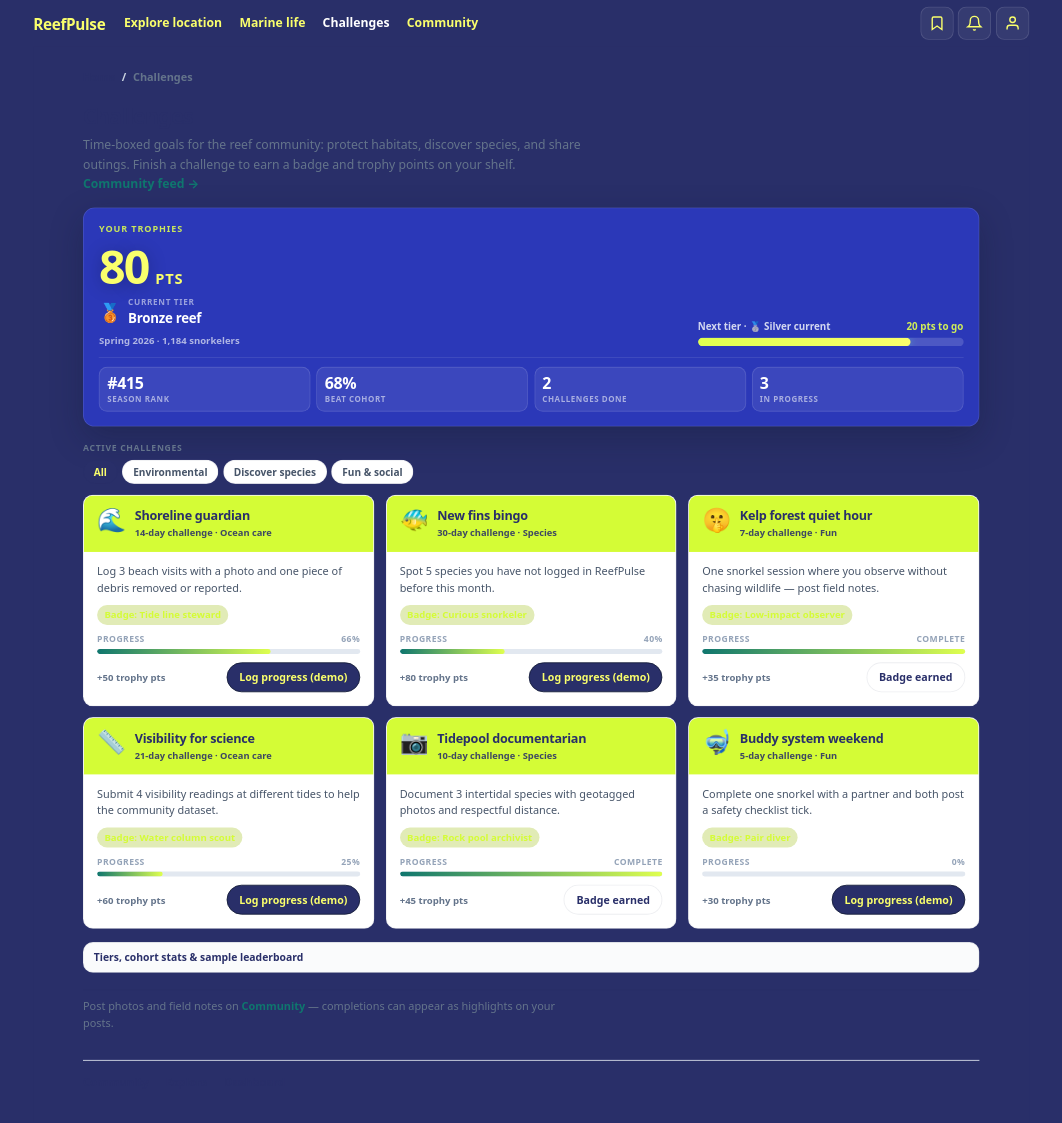
Repository: AayushSalvi/ReefPulse
Page: /challenges (app in frontend/)
An editor plug-in stored every save of this project. The page is shown before and after the next save, followed by the edit.
The browser window is 1280 px wide. The pictures show the whole page, at 83% of full size.
The project was rebuilt for these pictures with package versions that can differ from the ones it lists, and the page was loaded fresh each time. Also part of the build but not shown: frontend/vite.config.js, frontend/src/utils/geo.js, frontend/src/data/mockData.js, frontend/src/features/community/community.css, frontend/src/features/community/CommunityPage.jsx, frontend/src/features/explore/ExploreForecastRedirect.jsx, frontend/src/features/explore/ExploreMapsApiContext.jsx, frontend/src/features/explore/ExploreGoogleMapPanel.jsx and 20 more.

Above is the page before, as saved 2026-04-18 23:06:57.

### frontend/src/index.html
<!doctype html>
<html lang="en">
  <head>
    <meta charset="UTF-8" />
    <meta name="viewport" content="width=device-width, initial-scale=1.0" />
    <title>ReefPulse</title>
  </head>
  <body>
    <div id="root"></div>
    <script type="module" src="/main.jsx"></script>
  </body>
</html>

### frontend/src/main.jsx
/** App entry: React root + BrowserRouter (declarative router — not a data router). */
import React from "react";
import ReactDOM from "react-dom/client";
import { BrowserRouter } from "react-router-dom";
import App from "./App";
import "./styles/global.css";

ReactDOM.createRoot(document.getElementById("root")).render(
  <React.StrictMode>
    <BrowserRouter>
      <App />
    </BrowserRouter>
  </React.StrictMode>
);

### frontend/src/App.jsx
/**
 * ReefPulse — application routes
 *
 * Folder map (see `src/features/`):
 *   features/home/          → `/` marketing / home dashboard
 *   features/dashboard/     → `/dashboard` personalized “closest beach” view
 *   features/explore/       → `/explore`, `/explore/:locationId` location workspace + tabs
 *   features/marine-life/     → `/marine-life` species-first discovery
 *   features/community/     → `/community` posts & feed
 *   features/challenges/    → `/challenges` goals, badges, trophies
 *   features/saved/         → `/saved` alerts & saved places
 *   features/legacy/        → `/location/:id` redirects to Explore
 *   features/standalone/    → NOT routed here; optional admin / forecast UIs for future routes
 *
 * Shell: `layout/AppLayout.jsx` wraps all routes below except none (all under AppLayout).
 */
import { Navigate, Route, Routes } from "react-router-dom";
import AppLayout from "./layout/AppLayout";
import ChallengesPage from "./features/challenges/ChallengesPage";
import CommunityPage from "./features/community/CommunityPage";
import ExploreForecastRedirect from "./features/explore/ExploreForecastRedirect";
import ExploreIndexPage from "./features/explore/ExploreIndexPage";
import ExploreLayout from "./features/explore/ExploreLayout";
import ExploreLocationPage from "./features/explore/ExploreLocationPage";
import { ExploreMapsApiProvider } from "./features/explore/ExploreMapsApiContext";
import HomeDashboardPage from "./features/home/HomeDashboardPage";
import LegacyLocationRedirect from "./features/legacy/LegacyLocationRedirect";
import MarineLifeDiscoveryPage from "./features/marine-life/MarineLifeDiscoveryPage";
import SavedPlacesPage from "./features/saved/SavedPlacesPage";
import UserDashboardPage from "./features/dashboard/UserDashboardPage";

function App() {
  return (
    <Routes>
      <Route element={<AppLayout />}>
        {/* —— Public / marketing home —— */}
        <Route path="/" element={<HomeDashboardPage />} />

        {/* —— Explore: nested layout (sidebar + outlet) —— */}
        <Route path="/explore" element={<ExploreLayout />}>
          <Route index element={<ExploreIndexPage />} />
          <Route path=":locationId" element={<ExploreLocationPage />} />
          <Route path=":locationId/forecast" element={<ExploreForecastRedirect />} />
        </Route>

        {/* —— Other top-level app pages —— */}
        <Route
          path="/marine-life"
          element={
            <ExploreMapsApiProvider>
              <MarineLifeDiscoveryPage />
            </ExploreMapsApiProvider>
          }
        />
        <Route path="/dashboard" element={<UserDashboardPage />} />
        <Route path="/community" element={<CommunityPage />} />
        <Route path="/challenges" element={<ChallengesPage />} />
        <Route path="/saved" element={<SavedPlacesPage />} />

        {/* —— Back-compat deep links —— */}
        <Route path="/location/:locationId" element={<LegacyLocationRedirect />} />

        <Route path="*" element={<Navigate to="/" replace />} />
      </Route>
    </Routes>
  );
}

export default App;

### frontend/src/styles/global.css
/*
 * ReefPulse — global styles (loaded once from main.jsx).
 * Page-specific styles live next to each feature under src/features/<name>/*.css
 */
:root {
  --rp-navy: #292f69;
  --rp-navy-deep: #121a36;
  --rp-lime: #faff6c;
  --rp-lime-soft: #e8ff7a;
  --rp-surface: #292f69;
  --rp-white: #ffffff;
  --rp-muted: #8b9bb8;
  font-family:
    Manrope,
    system-ui,
    -apple-system,
    Segoe UI,
    Manrope,
    sans-serif;
  color: #152238;
  background: var(--rp-surface);
}

* {
  box-sizing: border-box;
}

body {
  margin: 0;
}

.app-shell {
  min-height: 100vh;
  display: flex;
  flex-direction: column;
}

/* —— Global top navigation (single row: brand | links | icon tools) —— */
.top-nav {
  position: sticky;
  top: 0;
  z-index: 200;
  display: flex;
  flex-direction: row;
  flex-wrap: nowrap;
  align-items: center;
  gap: 0.5rem 1.25rem;
  padding: 0.5rem clamp(1rem, 4vw, 2.5rem);
  background: var(--rp-navy);
}

.top-nav-brand {
  font-size: 1.15rem;
  font-weight: 800;
  letter-spacing: -0.02em;
  color: var(--rp-lime);
  text-decoration: none;
  flex-shrink: 0;
}

.top-nav-brand:hover {
  color: var(--rp-lime-soft);
}

.top-nav-tools {
  display: flex;
  align-items: center;
  flex-shrink: 0;
  gap: 0.35rem;
  margin-left: auto;
}

.top-nav-icon {
  display: inline-flex;
  align-items: center;
  justify-content: center;
  width: 2.5rem;
  height: 2.5rem;
  border-radius: 10px;
  color: #faff6c;
  text-decoration: none;
  border: 1px solid rgba(255, 255, 255, 0.12);
  background: rgba(255, 255, 255, 0.06);
}

.top-nav-icon:hover {
  border-color: rgba(223, 255, 79, 0.45);
  color: #fff;
}

.top-nav-icon.is-active {
  color: var(--rp-lime);
  border-color: rgba(223, 255, 79, 0.55);
  background: rgba(223, 255, 79, 0.08);
}

.top-nav-links {
  display: flex;
  flex-wrap: nowrap;
  align-items: center;
  gap: 0.25rem 1rem;
  flex: 1;
  min-width: 0;
  overflow-x: auto;
  scrollbar-width: thin;
  padding-bottom: 0.1rem;
  -webkit-overflow-scrolling: touch;
}

.top-nav-link {
  font-size: 0.92rem;
  font-weight: 600;
  color: #faff6c;
  text-decoration: none;
  padding: 0.35rem 0.15rem;
  white-space: nowrap;
  flex-shrink: 0;
}

.top-nav-link:hover {
  color: var(--rp-white);
}

.top-nav-link.is-active {
  color: var(--rp-white);
  border-bottom-color: var(--rp-lime);
}

.page-content {
  flex: 1;
}

.page-content--bleed {
  max-width: none;
  margin: 0;
  padding: 0;
}

.page-content--app {
  max-width: 1200px;
  margin: 0 auto;
  width: 100%;
  padding: clamp(1rem, 3vw, 1.75rem) clamp(1rem, 4vw, 2rem) 2.5rem;
  background: var(--rp-surface);
}

.visually-hidden {
  position: absolute;
  width: 1px;
  height: 1px;
  padding: 0;
  margin: -1px;
  overflow: hidden;
  clip: rect(0, 0, 0, 0);
  white-space: nowrap;
  border: 0;
}

/* Shared inner-page chrome */
.rp-breadcrumb {
  display: flex;
  flex-wrap: wrap;
  align-items: center;
  gap: 0.35rem 0.5rem;
  margin-bottom: 1.25rem;
  font-size: 0.82rem;
  font-weight: 600;
  color: #64748b;
}

.rp-breadcrumb a {
  color: var(--rp-navy);
  text-decoration: none;
}

.rp-breadcrumb a:hover {
  text-decoration: underline;
  text-underline-offset: 2px;
}

.rp-breadcrumb-sep {
  color: #cbd5e1;
  user-select: none;
}

.rp-page-title {
  margin: 0 0 1.25rem;
  padding: 1rem 1.25rem;
  background: linear-gradient(135deg, var(--rp-navy) 0%, #2a3766 100%);
  color: var(--rp-white);
}

.rp-page-title h1 {
  margin: 0 0 0.35rem;
  font-size: clamp(1.25rem, 3vw, 1.6rem);
  font-weight: 800;
  letter-spacing: -0.02em;
  color: var(--rp-lime);
}

.rp-page-title p {
  margin: 0;
  font-size: 0.9rem;
  line-height: 1.45;
  color: rgba(255, 255, 255, 0.88);
  font-weight: 500;
}

.lead {
  color: #37506c;
}

.grid {
  display: grid;
  gap: 1rem;
}

.two-col {
  grid-template-columns: repeat(auto-fit, minmax(280px, 1fr));
}

.panel {
  background: #fff;
  border: 1px solid #dce8f5;
  border-radius: 12px;
  padding: 1rem;
}

### frontend/src/layout/AppLayout.jsx
/**
 * ReefPulse — application shell (persistent chrome)
 *
 * Single-row header: brand → main nav → icon shortcuts (Saved, Alerts, Dashboard).
 * `/saved` via bookmark and bell; `/dashboard` via the user icon on the right.
 */
import { NavLink, Outlet, useLocation } from "react-router-dom";

/** Main nav items (beach-first IA). */
const navItems = [
  { to: "/explore", label: "Explore location", end: false },
  { to: "/marine-life", label: "Marine life", end: true },
  { to: "/challenges", label: "Challenges", end: true },
  { to: "/community", label: "Community", end: true }
];

function IconBookmark() {
  return (
    <svg width="20" height="20" viewBox="0 0 24 24" fill="none" stroke="currentColor" strokeWidth="2" aria-hidden>
      <path d="M19 21l-7-5-7 5V5a2 2 0 0 1 2-2h10a2 2 0 0 1 2 2z" />
    </svg>
  );
}

function IconBell() {
  return (
    <svg width="20" height="20" viewBox="0 0 24 24" fill="none" stroke="currentColor" strokeWidth="2" aria-hidden>
      <path d="M18 8A6 6 0 0 0 6 8c0 7-3 9-3 9h18s-3-2-3-9" />
      <path d="M13.73 21a2 2 0 0 1-3.46 0" />
    </svg>
  );
}

function IconUser() {
  return (
    <svg width="20" height="20" viewBox="0 0 24 24" fill="none" stroke="currentColor" strokeWidth="2" aria-hidden>
      <path d="M20 21v-2a4 4 0 0 0-4-4H8a4 4 0 0 0-4 4v2" />
      <circle cx="12" cy="7" r="4" />
    </svg>
  );
}

function AppLayout() {
  const { pathname } = useLocation();
  const isHome = pathname === "/";
  const fullBleed = isHome;

  return (
    <div className="app-shell">
      <header className="top-nav">
        <NavLink to="/" className="top-nav-brand" end>
          ReefPulse
        </NavLink>

        <nav className="top-nav-links" aria-label="Main">
          {navItems.map((item) => (
            <NavLink
              key={item.to}
              to={item.to}
              end={item.end}
              className={({ isActive }) => `top-nav-link ${isActive ? "is-active" : ""}`}
            >
              {item.label}
            </NavLink>
          ))}
        </nav>

        <div className="top-nav-tools">
          <NavLink
            to="/saved"
            className={({ isActive }) => `top-nav-icon ${isActive ? "is-active" : ""}`}
            title="Saved places"
            aria-label="Saved places"
          >
            <IconBookmark />
            <span className="visually-hidden">Saved places</span>
          </NavLink>
          <NavLink
            to="/saved#coastal-alerts"
            className={({ isActive }) => `top-nav-icon ${isActive ? "is-active" : ""}`}
            title="Alerts"
            aria-label="Alerts"
          >
            <IconBell />
            <span className="visually-hidden">Alerts</span>
          </NavLink>
          <NavLink
            to="/dashboard"
            className={({ isActive }) => `top-nav-icon ${isActive ? "is-active" : ""}`}
            title="Dashboard"
            aria-label="Dashboard"
            end
          >
            <IconUser />
            <span className="visually-hidden">Dashboard</span>
          </NavLink>
        </div>
      </header>

      <main className={fullBleed ? "page-content page-content--bleed" : "page-content page-content--app"}>
        <div key={pathname} className="rp-route-outlet">
          <Outlet />
        </div>
      </main>
    </div>
  );
}

export default AppLayout;

### frontend/src/features/challenges/challenges.css
/* ReefPulse — Challenges (goal cards + trophy shelf) */

.challenges-page {
  --ch-radius: 12px;
  --ch-border: rgba(27, 37, 75, 0.08);
  --ch-muted: #64748b;
  max-width: 1080px;
}

.challenges-breadcrumb {
  margin-bottom: 0.35rem;
}

.challenges-hero {
  margin-bottom: 1rem;
}

.challenges-hero h1 {
  margin: 0 0 0.4rem;
  font-size: clamp(1.35rem, 2.5vw, 1.6rem);
  font-weight: 800;
  letter-spacing: -0.03em;
  color: var(--rp-navy, #1b254b);
}

.challenges-hero__lead {
  margin: 0;
  max-width: 38rem;
  font-size: 0.92rem;
  line-height: 1.6;
  color: var(--ch-muted);
  font-weight: 500;
}

.challenges-hero__link {
  font-weight: 700;
  color: #0f766e;
  text-decoration: none;
  white-space: nowrap;
}

.challenges-hero__link:hover {
  text-decoration: underline;
}

/* —— Trophy spotlight (above challenge grid) —— */
.ch-trophy-banner {
  margin-bottom: 1.15rem;
  padding: 1rem 1.15rem 1.05rem;
  border-radius: calc(var(--ch-radius) + 2px);
  border: 1px solid rgba(255, 255, 255, 0.12);
  background: #2b38b8;
  color: #f1f5f9;
  box-shadow: 0 14px 40px rgba(15, 23, 42, 0.28);
}

.ch-trophy-banner__kicker {
  margin: 0 0 0.65rem;
  font-size: 0.68rem;
  font-weight: 800;
  letter-spacing: 0.1em;
  text-transform: uppercase;
  color: rgba(223, 255, 79, 0.88);
}

.ch-trophy-banner__grid {
  display: grid;
  gap: 1rem 1.25rem;
  align-items: end;
}

@media (min-width: 720px) {
  .ch-trophy-banner__grid {
    grid-template-columns: minmax(0, 1fr) minmax(200px, 320px);
    align-items: end;
  }
}

.ch-trophy-banner__primary {
  min-width: 0;
}

.ch-trophy-banner__score {
  margin: 0;
  display: flex;
  flex-wrap: wrap;
  align-items: baseline;
  gap: 0.35rem 0.5rem;
}

.ch-trophy-banner__num {
  font-size: clamp(2.5rem, 6.5vw, 3.5rem);
  font-weight: 800;
  letter-spacing: -0.04em;
  line-height: 1;
  color: #faff6c;
  text-shadow: 0 2px 20px rgba(0, 0, 0, 0.25);
}

.ch-trophy-banner__unit {
  font-size: 1.1rem;
  font-weight: 800;
  letter-spacing: 0.06em;
  text-transform: uppercase;
  color: #faff6c;
}

.ch-trophy-banner__tier {
  margin: 0.55rem 0 0;
  display: flex;
  align-items: center;
  gap: 0.5rem;
}

.ch-trophy-banner__tier-emoji {
  font-size: 1.35rem;
  line-height: 1;
}

.ch-trophy-banner__tier-text {
  display: flex;
  flex-direction: column;
  gap: 0.08rem;
  min-width: 0;
}

.ch-trophy-banner__tier-label {
  font-size: 0.62rem;
  font-weight: 800;
  letter-spacing: 0.08em;
  text-transform: uppercase;
  color: rgba(248, 250, 252, 0.55);
}

.ch-trophy-banner__tier-name {
  font-size: 1rem;
  font-weight: 800;
  color: #fff;
  letter-spacing: -0.02em;
}

.ch-trophy-banner__season {
  margin: 0.45rem 0 0;
  font-size: 0.72rem;
  font-weight: 600;
  color: rgba(248, 250, 252, 0.65);
}

.ch-trophy-banner__aside {
  min-width: 0;
}

.ch-trophy-banner__next-label {
  margin: 0 0 0.4rem;
  display: flex;
  flex-wrap: wrap;
  justify-content: space-between;
  gap: 0.35rem 0.75rem;
  font-size: 0.74rem;
  font-weight: 700;
  color: rgba(248, 250, 252, 0.82);
}

.ch-trophy-banner__next-gap {
  color: rgba(223, 255, 79, 0.92);
  font-variant-numeric: tabular-nums;
}

.ch-trophy-banner__bar {
  height: 10px;
  border-radius: 999px;
  background: rgba(255, 255, 255, 0.16);
  overflow: hidden;
}

.ch-trophy-banner__fill {
  height: 100%;
  border-radius: 999px;
  background: linear-gradient(90deg, #dfff4f, #faff6c);
  box-shadow: 0 0 12px rgba(94, 234, 212, 0.45);
  transition: width 0.35s ease;
}

.ch-trophy-banner__maxed {
  margin: 0;
  font-size: 0.85rem;
  font-weight: 700;
  color: rgba(223, 255, 79, 0.95);
}

.ch-trophy-banner__stats {
  list-style: none;
  margin: 0.85rem 0 0;
  padding: 0.65rem 0 0;
  border-top: 1px solid rgba(255, 255, 255, 0.12);
  display: grid;
  grid-template-columns: repeat(2, 1fr);
  gap: 0.45rem;
}

@media (min-width: 520px) {
  .ch-trophy-banner__stats {
    grid-template-columns: repeat(4, 1fr);
  }
}

.ch-trophy-banner__stats li {
  margin: 0;
  padding: 0.5rem 0.55rem;
  border-radius: 10px;
  background: rgba(255, 255, 255, 0.08);
  border: 1px solid rgba(255, 255, 255, 0.12);
  display: flex;
  flex-direction: column;
  gap: 0.15rem;
}

.ch-trophy-banner__stat-num {
  font-size: 1.2rem;
  font-weight: 800;
  letter-spacing: -0.02em;
  color: #fff;
  line-height: 1.1;
  font-variant-numeric: tabular-nums;
}

.ch-trophy-banner__stat-label {
  font-size: 0.6rem;
  font-weight: 800;
  letter-spacing: 0.07em;
  text-transform: uppercase;
  color: rgba(248, 250, 252, 0.58);
}

/* —— Active challenge grid —— */
.ch-main-block {
  margin-bottom: 1rem;
}

.ch-main-block__label {
  margin: 0 0 0.45rem;
  font-size: 0.65rem;
  font-weight: 800;
  letter-spacing: 0.08em;
  text-transform: uppercase;
  color: #64748b;
}

.ch-main-block .ch-theme-row {
  margin-bottom: 0.85rem;
}

/* —— Collapsible depth: tiers + table —— */
.ch-details {
  margin-bottom: 1rem;
  border-radius: var(--ch-radius);
  border: 1px solid var(--ch-border);
  background: #fafbfc;
  overflow: hidden;
}

.ch-details__summary {
  padding: 0.55rem 0.75rem;
  font-size: 0.78rem;
  font-weight: 700;
  color: var(--rp-navy, #1b254b);
  cursor: pointer;
  list-style-position: outside;
}

.ch-details__summary:hover {
  background: rgba(27, 37, 75, 0.04);
}

.ch-details__body {
  padding: 0 0.65rem 0.65rem;
  border-top: 1px solid #f1f5f9;
  background: #fff;
}

.ch-tiers-inline {
  display: flex;
  flex-wrap: wrap;
  gap: 0.35rem;
  padding: 0.65rem 0 0.5rem;
}

.ch-tier-chip {
  display: inline-flex;
  align-items: center;
  gap: 0.3rem;
  padding: 0.28rem 0.5rem;
  border-radius: 999px;
  font-size: 0.68rem;
  font-weight: 700;
  color: #475569;
  background: #f1f5f9;
  border: 1px solid #e2e8f0;
}

.ch-tier-chip.is-current {
  border-color: rgba(15, 118, 110, 0.45);
  background: rgba(223, 255, 79, 0.35);
  color: var(--rp-navy, #1b254b);
}

.ch-tier-chip.is-locked {
  opacity: 0.45;
}

.ch-tier-chip__name {
  max-width: 7rem;
  overflow: hidden;
  text-overflow: ellipsis;
  white-space: nowrap;
}

.ch-details__cohort {
  margin: 0 0 0.5rem;
  font-size: 0.74rem;
  color: #64748b;
}

.ch-compare__table-wrap--nested {
  border-radius: 8px;
  border: 1px solid #f1f5f9;
}

.ch-compare__caption {
  caption-side: bottom;
  padding: 0.4rem 0.5rem 0.45rem;
  font-size: 0.68rem;
  line-height: 1.4;
  color: #94a3b8;
  text-align: left;
}

.ch-compare__table {
  width: 100%;
  border-collapse: collapse;
  font-size: 0.82rem;
}

.ch-compare__table--compact {
  font-size: 0.76rem;
}

.ch-compare__table th,
.ch-compare__table td {
  padding: 0.55rem 0.75rem;
  text-align: left;
  border-bottom: 1px solid #f1f5f9;
}

.ch-compare__table--compact th,
.ch-compare__table--compact td {
  padding: 0.35rem 0.5rem;
}

.ch-compare__table th {
  font-size: 0.6rem;
  font-weight: 800;
  letter-spacing: 0.06em;
  text-transform: uppercase;
  color: #64748b;
  background: #f8fafc;
}

.ch-compare__table tbody tr:last-child td {
  border-bottom: none;
}

.ch-compare__table tbody tr.is-you {
  background: rgba(223, 255, 79, 0.2);
}

.ch-compare__table tbody tr.is-you td {
  font-weight: 700;
  color: var(--rp-navy, #1b254b);
}

.ch-compare__table td:nth-child(2) {
  font-variant-numeric: tabular-nums;
}

.challenges-btn {
  display: inline-flex;
  align-items: center;
  gap: 0.4rem;
  padding: 0.5rem 0.9rem;
  border-radius: 999px;
  font-size: 0.8rem;
  font-weight: 700;
  font-family: inherit;
  text-decoration: none;
  border: 1px solid var(--ch-border);
  background: #fff;
  color: var(--rp-navy, #1b254b);
  cursor: pointer;
  transition:
    background 0.15s ease,
    border-color 0.15s ease;
}

.challenges-btn:hover {
  background: rgba(27, 37, 75, 0.04);
  border-color: rgba(27, 37, 75, 0.15);
}

.challenges-btn--primary {
  background: var(--rp-navy, #1b254b);
  color: var(--rp-lime, #dfff4f);
  border-color: var(--rp-navy-deep, #121a36);
}

.challenges-btn--primary:hover {
  background: var(--rp-navy-deep, #121a36);
  color: #e8ff7a;
}

/* Theme chips */
.ch-theme-row {
  display: flex;
  flex-wrap: wrap;
  gap: 0.35rem;
  margin-bottom: 1rem;
}

.ch-theme-chip {
  padding: 0.32rem 0.75rem;
  border-radius: 999px;
  border: 1px solid var(--ch-border);
  background: #fff;
  font-size: 0.76rem;
  font-weight: 700;
  color: #475569;
  cursor: pointer;
  font-family: inherit;
}

.ch-theme-chip.is-on {
  background: var(--rp-navy, #1b254b);
  color: var(--rp-lime, #dfff4f);
  border-color: var(--rp-navy, #1b254b);
}

/* Challenge cards */
.ch-grid {
  display: grid;
  grid-template-columns: repeat(auto-fill, minmax(272px, 1fr));
  gap: 0.85rem;
}

.ch-card {
  display: flex;
  flex-direction: column;
  border-radius: var(--ch-radius);
  border: 1px solid var(--ch-border);
  background: #fff;
  overflow: hidden;
  transition: box-shadow 0.15s ease;
}

.ch-card:hover {
  box-shadow: 0 6px 22px rgba(18, 26, 54, 0.06);
  border-color: rgba(27, 37, 75, 0.12);
}

.ch-card__banner {
  padding: 0.85rem 1rem;
  min-height: 4.25rem;
  display: flex;
  align-items: flex-start;
  gap: 0.65rem;
  background: #d4fc36;
  color: #292f69;
}

.ch-card__emoji {
  font-size: 1.75rem;
  line-height: 1;
}

.ch-card__banner-text {
  min-width: 0;
}

.ch-card__title {
  margin: 0;
  font-size: 0.95rem;
  font-weight: 800;
  letter-spacing: -0.02em;
}

.ch-card__meta {
  margin: 0.2rem 0 0;
  font-size: 0.7rem;
  opacity: 0.88;
  font-weight: 600;
}

.ch-card__body {
  padding: 0.85rem 1rem 1rem;
  display: flex;
  flex-direction: column;
  gap: 0.65rem;
  flex: 1;
}

.ch-card__blurb {
  margin: 0;
  font-size: 0.82rem;
  line-height: 1.5;
  color: #475569;
}

.ch-card__badge {
  display: inline-flex;
  align-items: center;
  gap: 0.35rem;
  font-size: 0.72rem;
  font-weight: 700;
  color: #d4fc36;
  background: #e1ebb6;
  padding: 0.28rem 0.55rem;
  border-radius: 999px;
  width: fit-content;
}

.ch-card__progress {
  margin-top: auto;
}

.ch-card__progress-label {
  display: flex;
  justify-content: space-between;
  font-size: 0.65rem;
  font-weight: 700;
  text-transform: uppercase;
  letter-spacing: 0.05em;
  color: #94a3b8;
  margin-bottom: 0.28rem;
}

.ch-card__progress-bar {
  height: 6px;
  border-radius: 999px;
  background: #e2e8f0;
  overflow: hidden;
}

.ch-card__progress-fill {
  height: 100%;
  border-radius: 999px;
  background: linear-gradient(90deg, #0f766e, #dfff4f);
  transition: width 0.3s ease;
}

.ch-card__footer {
  display: flex;
  align-items: center;
  justify-content: space-between;
  gap: 0.5rem;
  flex-wrap: wrap;
}

.ch-card__points {
  font-size: 0.72rem;
  font-weight: 700;
  color: #64748b;
}

.challenges-cross {
  margin-top: 1.25rem;
  padding: 0.65rem 0;
  border-top: 1px solid var(--ch-border);
}

.challenges-cross p {
  margin: 0;
  max-width: 38rem;
  font-size: 0.82rem;
  line-height: 1.5;
  color: #64748b;
}

.challenges-cross a {
  color: #0f766e;
  font-weight: 700;
  text-decoration: none;
}

.challenges-cross a:hover {
  text-decoration: underline;
}

.challenges-footer-links {
  margin-top: 1.5rem;
}

Loaded but not shown: frontend/src/data/challengesData.js (159 lines, source omitted); frontend/src/features/challenges/ChallengesPage.jsx (254 lines, source omitted); frontend/src/features/explore/workflow.css (354 lines, source omitted)

After the next save:
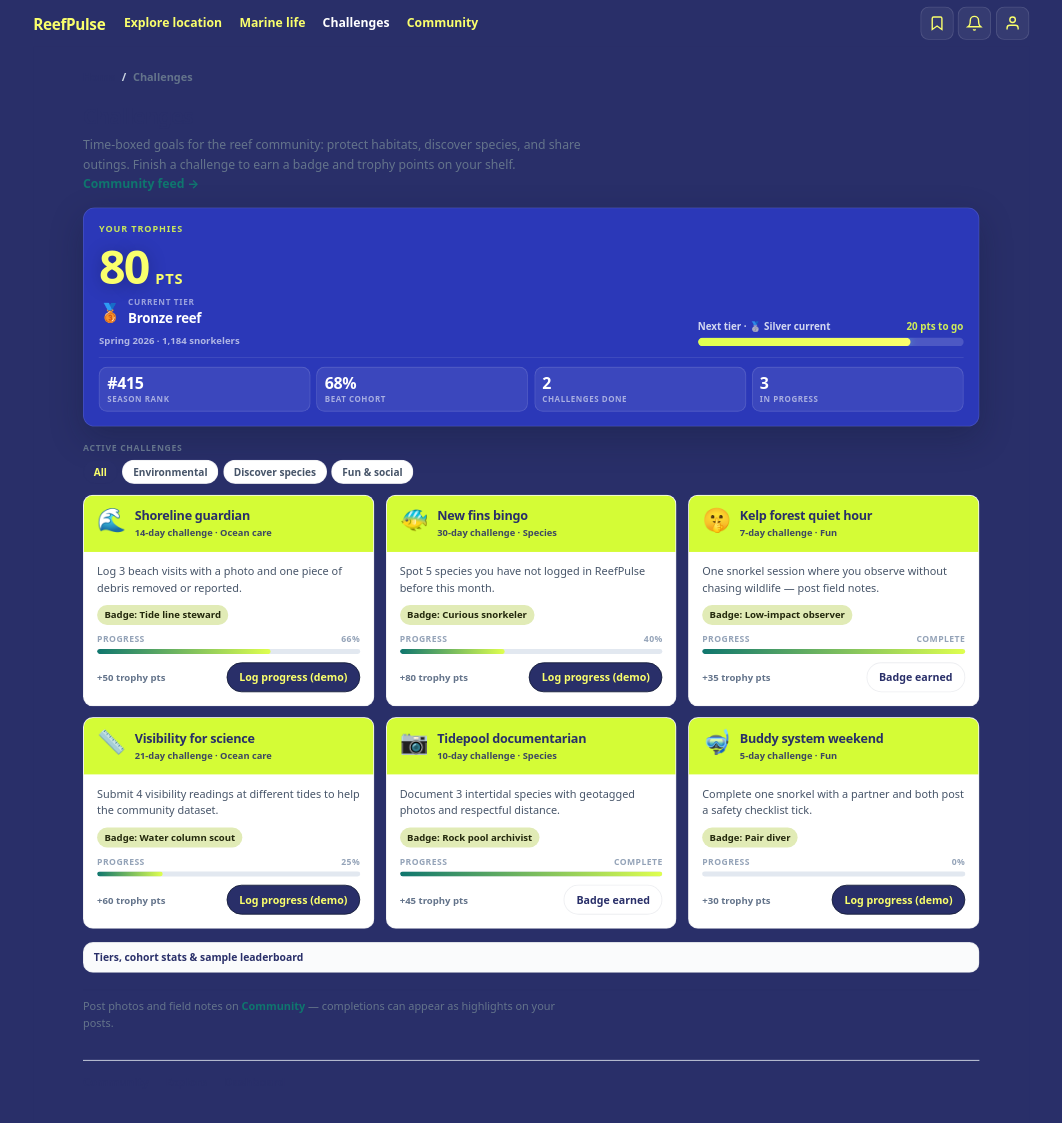
Saved 15 s later.
--- a/frontend/src/features/challenges/challenges.css
+++ b/frontend/src/features/challenges/challenges.css
@@ -520,7 +520,7 @@
   gap: 0.35rem;
   font-size: 0.72rem;
   font-weight: 700;
-  color: #d4fc36;
+  color: #23280c;
   background: #e1ebb6;
   padding: 0.28rem 0.55rem;
   border-radius: 999px;
